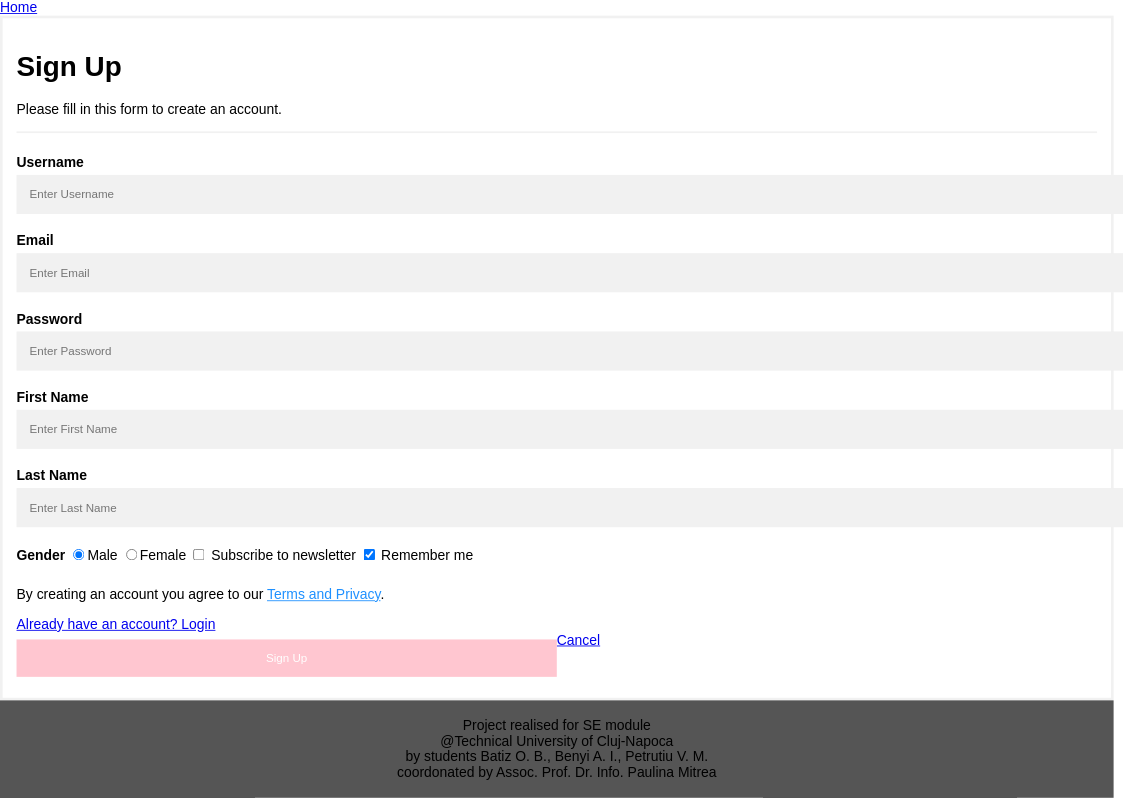
Repository: orsi-batiz/SEwithJSP
Page: http://localhost/OnlineWarehouse/createAccount.jsp
The author's editor kept a copy of each file at every save. The page is drawn from the files as they stood at one save, then again after a run of saves.
The browser window is 1280 px wide. The page is 1291 px wide, so the pictures cover 1291 px, including what lies to the right of the window. The pictures show the whole page, at 87% of full size.
The page is served by Tomcat 9.

Above is the page before, as saved 2019-01-16 21:58:43.

After the next 5 saves:
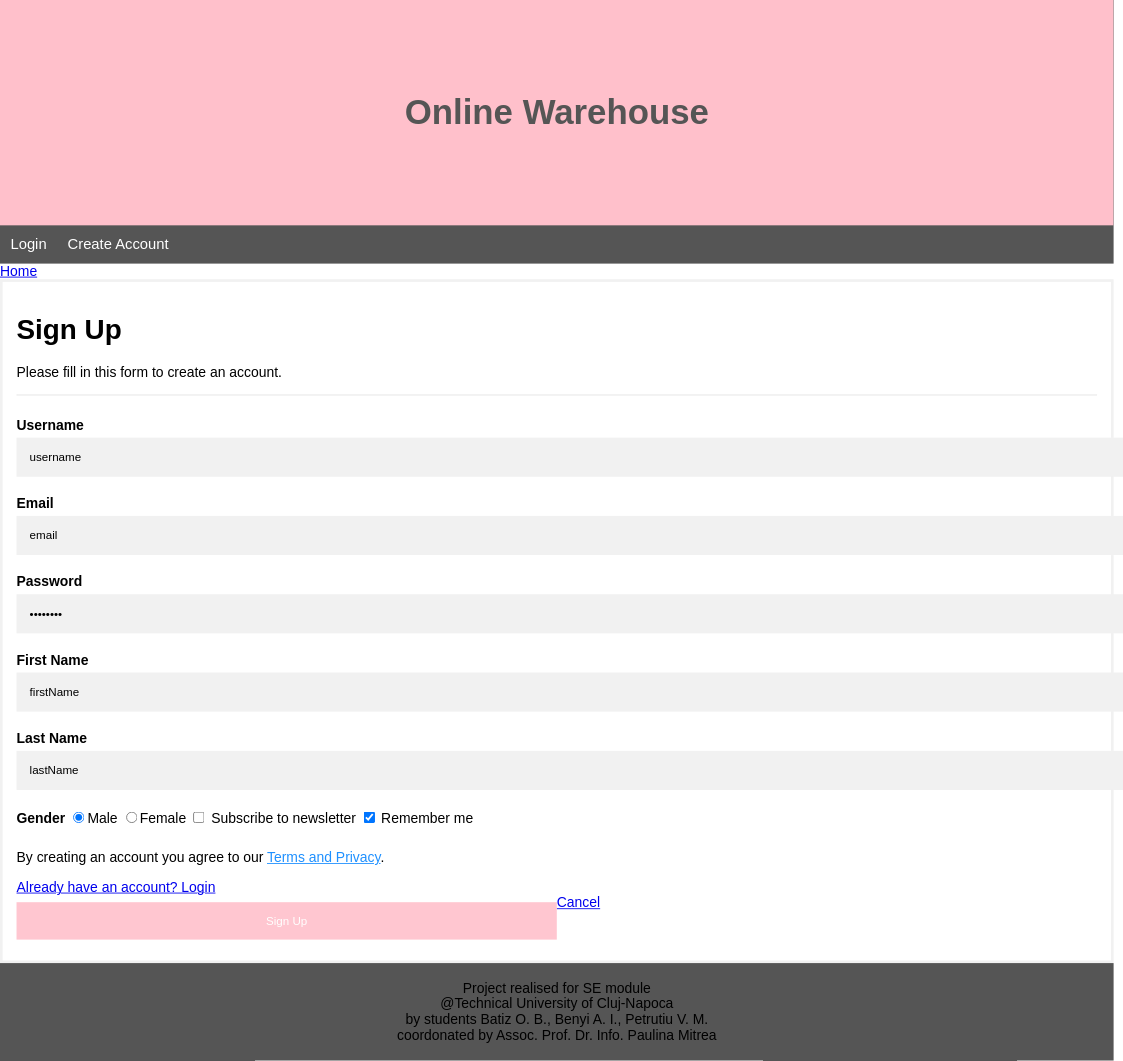
The 5 saves are shown as one change because 4 did not build or start.
The last was saved 11 min 57 s later.
--- a/OnlineWarehouse/OnlineWarehouse/WebContent/createAccount.jsp
+++ b/OnlineWarehouse/OnlineWarehouse/WebContent/createAccount.jsp
@@ -80,6 +80,7 @@ button:hover {
 </style>
 </head>
 <body>
+<jsp:include page="header.jsp" />
 <jsp:include page="menu.jsp" />
 
 <form action="createAccountServlet" method="post">
@@ -94,19 +95,19 @@ button:hover {
     </c:if>
 
     <label for="username"><b>Username</b></label>
-    <input type="text" placeholder="Enter Username" name="username" value="" required>
+    <input type="text" placeholder="Enter Username" name="username" value=${"username"} required>
 
     <label for="email"><b>Email</b></label>
-    <input type="text" placeholder="Enter Email" name="email" value="" required>
+    <input type="text" placeholder="Enter Email" name="email" value=${"email"} required>
 
     <label for="psw"><b>Password</b></label>
-    <input type="password" placeholder="Enter Password" name="password" value="" required>
+    <input type="password" placeholder="Enter Password" name="password" value=${"password"} required>
 
     <label for="firstName"><b>First Name</b></label>
-    <input type="text" placeholder="Enter First Name" name="firstName" value="" required>
+    <input type="text" placeholder="Enter First Name" name="firstName" value=${"firstName"} required>
 
     <label for="lastName"><b>Last Name</b></label>
-    <input type="text" placeholder="Enter Last Name" name="lastName" value="" required>
+    <input type="text" placeholder="Enter Last Name" name="lastName" value=${"lastName"} required>
 
     <label for="gender"><b>Gender</b></label>
     <input type="radio" name="gender" value="M" checked/><label>Male</label>
